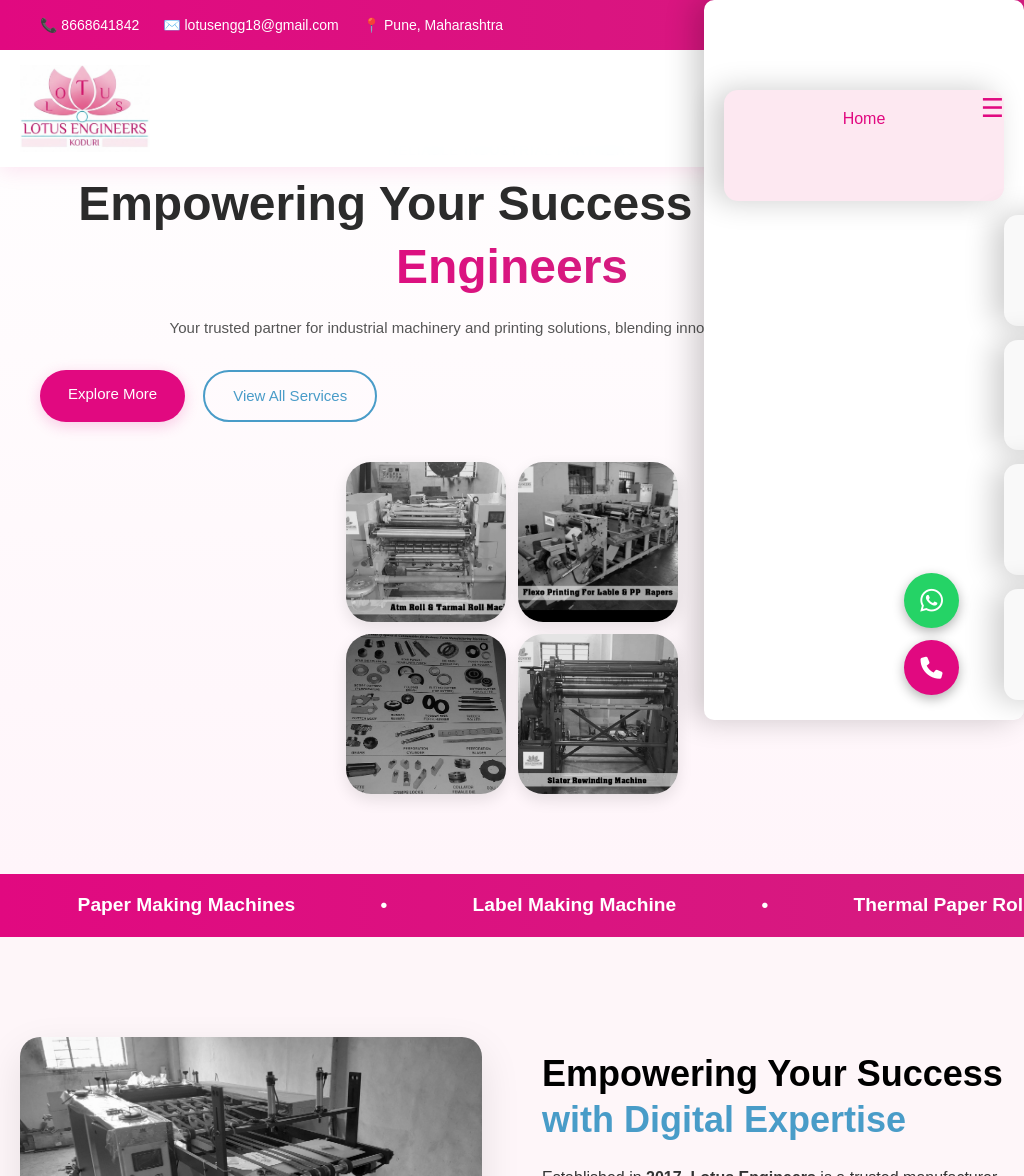
Repository: Khushichugh14/lotus-engineers
Page: index.html
The author's editor kept a copy of each file at every save. The page is drawn from the files as they stood at one save, then again after the next save.
The browser window is 1024 px wide. The pictures show the part of the page from y = 0 to 1176 px (the page is 5927 px tall).
After loading, the first visible `#menu-toggle` was clicked once.
A picture or video elsewhere on the page could not be fetched, so the positions and the page height are approximate.

Above is the page before, as saved 2025-12-24 13:05:11.

After the next save:
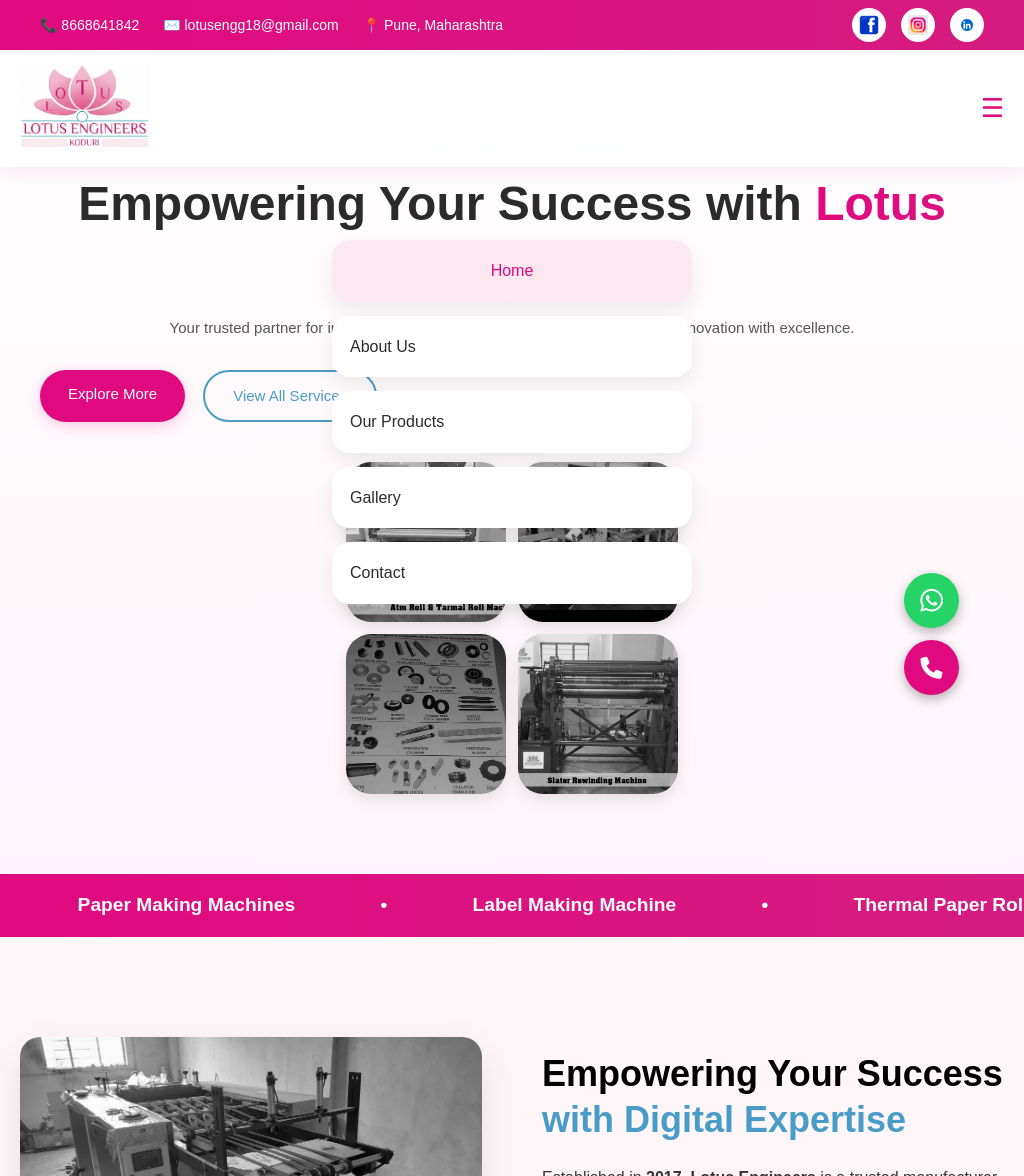
Saved 6 s later.
--- a/navbar.css
+++ b/navbar.css
@@ -160,50 +160,55 @@
   cursor: pointer;
 }
 
-/* ================= MOBILE / TABLET SIDEBAR ================= */
+/* ====== Mobile Dropdown Menu (NO OUTER BLOCK) ====== */
 @media (max-width: 1024px) {
 
   .menu-toggle {
     display: block;
-    z-index: 10001;
   }
 
   .search-box {
     display: none;
   }
 
-  /* Sidebar container */
+  /* Dropdown container (no background, no card) */
   .nav-links {
+    display: none;
+    flex-direction: column;
     position: fixed;
-    top: 0;
-    right: -100%;
-    width: 75%;
-    max-width: 320px;
-    height: 100vh;
+    top: 120px;
+    left: 50%;
+    transform: translateX(-50%);
+    width: 90%;
+    max-width: 360px;
+    padding: 0;                /* 🔴 no outer padding */
+    background: transparent;  /* 🔴 remove outer block */
+    box-shadow: none;         /* 🔴 remove outer shadow */
+    gap: 14px;
+    z-index: 1000;
+  }
+
+  .nav-links.active {
+    display: flex;
+  }
+
+  /* Individual menu items only */
+  .nav-links a {
+    display: block;
+    width: 100%;
+    padding: 18px;
     background: #ffffff;
-    display: flex;
-    flex-direction: column;
-    padding: 90px 20px 20px;
-    gap: 14px;
-    box-shadow: -10px 0 30px rgba(0,0,0,0.2);
-    transition: right 0.35s ease;
-    z-index: 10000;
-  }
-
-  /* Open state */
-  .nav-links.active {
-    right: 0;
-  }
-
-  /* Menu items */
-  .nav-links a {
-    width: 100%;
-    padding: 16px 18px;
-    border-radius: 14px;
-    background: #f9f9f9;
+    border-radius: 18px;
     font-size: 16px;
+    font-weight: 500;
     color: #2b2b2b;
     text-decoration: none;
+    box-shadow: 0 8px 20px rgba(0,0,0,0.08);
+    transition: all 0.25s ease;
+  }
+
+  .nav-links a:hover {
+    background: #f5f5f5;
   }
 
   .nav-links a.active {
